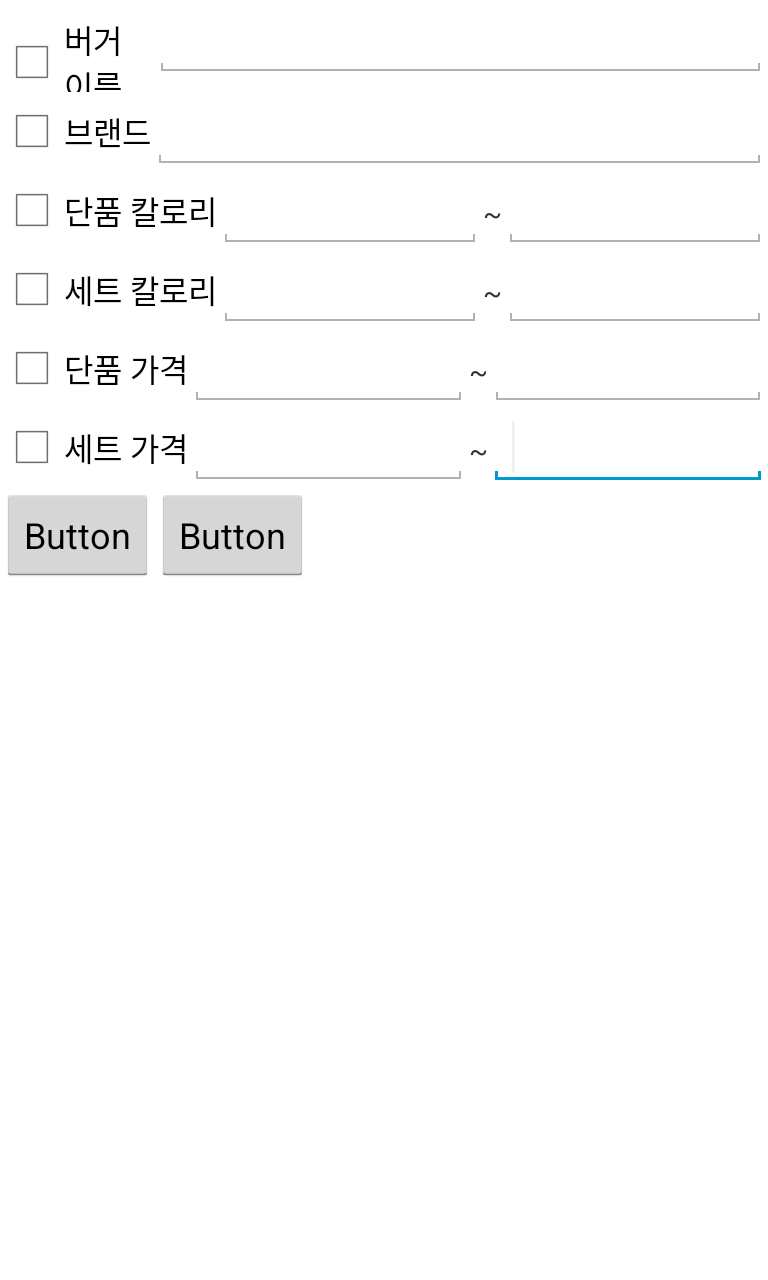
Repository: OnionLord/BurgerWIKI
Layout: burgerDicApp/BurgerDictionary/res/layout/burgersearch.xml
The author's editor kept a copy of each file at every save. The layout is drawn from the files as they stood at one save, then again after the next save.
It is drawn on a 768 x 1280 px phone screen (xhdpi) without system bars, with theme AppTheme; the app's code is not run.

Above is the layout before, as saved 2014-11-07 14:33:59.

### burgerDicApp/BurgerDictionary/res/layout/burgersearch.xml
<LinearLayout xmlns:android="http://schemas.android.com/apk/res/android"
    android:layout_width="fill_parent"
    android:layout_height="fill_parent"
    android:orientation="vertical" >

    <LinearLayout
        android:layout_width="match_parent"
        android:layout_height="wrap_content" >

        <CheckBox
            android:id="@+id/search_chk_name"
            android:layout_width="0dp"
            android:layout_weight="2"
            android:layout_height="wrap_content"
            android:text="버거 이름" />

        <EditText
            android:id="@+id/search_name"
            android:layout_width="0dp"
            android:layout_height="wrap_content"
            android:layout_weight="8"
            android:ems="10" >

            <requestFocus />
        </EditText>

    </LinearLayout>

    <LinearLayout
        android:layout_width="match_parent"
        android:layout_height="wrap_content" >

        <CheckBox
            android:id="@+id/search_chk_company"
            android:layout_width="wrap_content"
            android:layout_height="wrap_content"
            android:text="브랜드" />

        <EditText
            android:id="@+id/search_company"
            android:layout_width="wrap_content"
            android:layout_height="wrap_content"
            android:layout_weight="1"
            android:ems="10" >

            <requestFocus />
        </EditText>

    </LinearLayout>

    <LinearLayout
        android:layout_width="match_parent"
        android:layout_height="wrap_content" >

        <CheckBox
            android:id="@+id/search_chk_calone"
            android:layout_width="wrap_content"
            android:layout_height="wrap_content"
            android:text="단품 칼로리" />

        <EditText
            android:id="@+id/search_calone1"
            android:layout_width="wrap_content"
            android:layout_height="wrap_content"
            android:layout_weight="1"
            android:ems="10" >

            <requestFocus />
        </EditText>

        <TextView
            android:id="@+id/textView1"
            android:layout_width="wrap_content"
            android:layout_height="wrap_content"
            android:text="~" />

        <EditText
            android:id="@+id/search_calone2"
            android:layout_width="wrap_content"
            android:layout_height="wrap_content"
            android:layout_weight="1"
            android:ems="10" >

            <requestFocus />
        </EditText>

    </LinearLayout>

    <LinearLayout
        android:layout_width="match_parent"
        android:layout_height="wrap_content" >

        <CheckBox
            android:id="@+id/search_chk_calset"
            android:layout_width="wrap_content"
            android:layout_height="wrap_content"
            android:text="세트 칼로리" />

        <EditText
            android:id="@+id/search_calset1"
            android:layout_width="wrap_content"
            android:layout_height="wrap_content"
            android:layout_weight="1"
            android:ems="10" >

            <requestFocus />
        </EditText>

        <TextView
            android:id="@+id/textView2"
            android:layout_width="wrap_content"
            android:layout_height="wrap_content"
            android:text="~" />

        <EditText
            android:id="@+id/search_calset2"
            android:layout_width="wrap_content"
            android:layout_height="wrap_content"
            android:layout_weight="1"
            android:ems="10" >

            <requestFocus />
        </EditText>

    </LinearLayout>

    <LinearLayout
        android:layout_width="match_parent"
        android:layout_height="wrap_content" >

        <CheckBox
            android:id="@+id/search_chk_priceone"
            android:layout_width="wrap_content"
            android:layout_height="wrap_content"
            android:text="단품 가격" />

        <EditText
            android:id="@+id/search_priceone1"
            android:layout_width="wrap_content"
            android:layout_height="wrap_content"
            android:layout_weight="1"
            android:ems="10" >

            <requestFocus />
        </EditText>

        <TextView
            android:id="@+id/textView3"
            android:layout_width="wrap_content"
            android:layout_height="wrap_content"
            android:text="~" />

        <EditText
            android:id="@+id/search_priceone2"
            android:layout_width="wrap_content"
            android:layout_height="wrap_content"
            android:layout_weight="1"
            android:ems="10" >

            <requestFocus />
        </EditText>

    </LinearLayout>

    <LinearLayout
        android:layout_width="match_parent"
        android:layout_height="wrap_content" >

        <CheckBox
            android:id="@+id/search_chk_priceset"
            android:layout_width="wrap_content"
            android:layout_height="wrap_content"
            android:text="세트 가격" />

        <EditText
            android:id="@+id/search_priceset1"
            android:layout_width="wrap_content"
            android:layout_height="wrap_content"
            android:layout_weight="1"
            android:ems="10" >

            <requestFocus />
        </EditText>

        <TextView
            android:id="@+id/textView4"
            android:layout_width="wrap_content"
            android:layout_height="wrap_content"
            android:text="~" />

        <EditText
            android:id="@+id/search_priceset2"
            android:layout_width="wrap_content"
            android:layout_height="wrap_content"
            android:layout_weight="1"
            android:ems="10" >

            <requestFocus />
        </EditText>

    </LinearLayout>

    <LinearLayout
        android:layout_width="match_parent"
        android:layout_height="wrap_content" >

        <Button
            android:id="@+id/button1"
            android:layout_width="wrap_content"
            android:layout_height="wrap_content"
            android:text="Button" />

        <Button
            android:id="@+id/button2"
            android:layout_width="wrap_content"
            android:layout_height="wrap_content"
            android:text="Button" />

    </LinearLayout>

</LinearLayout>

Loaded but not shown: burgerDicApp/BurgerDictionary/res/values/styles.xml (common file); burgerDicApp/BurgerDictionary/res/values-v11/styles.xml (common file); burgerDicApp/BurgerDictionary/res/values-v14/styles.xml (common file)

After the next save:
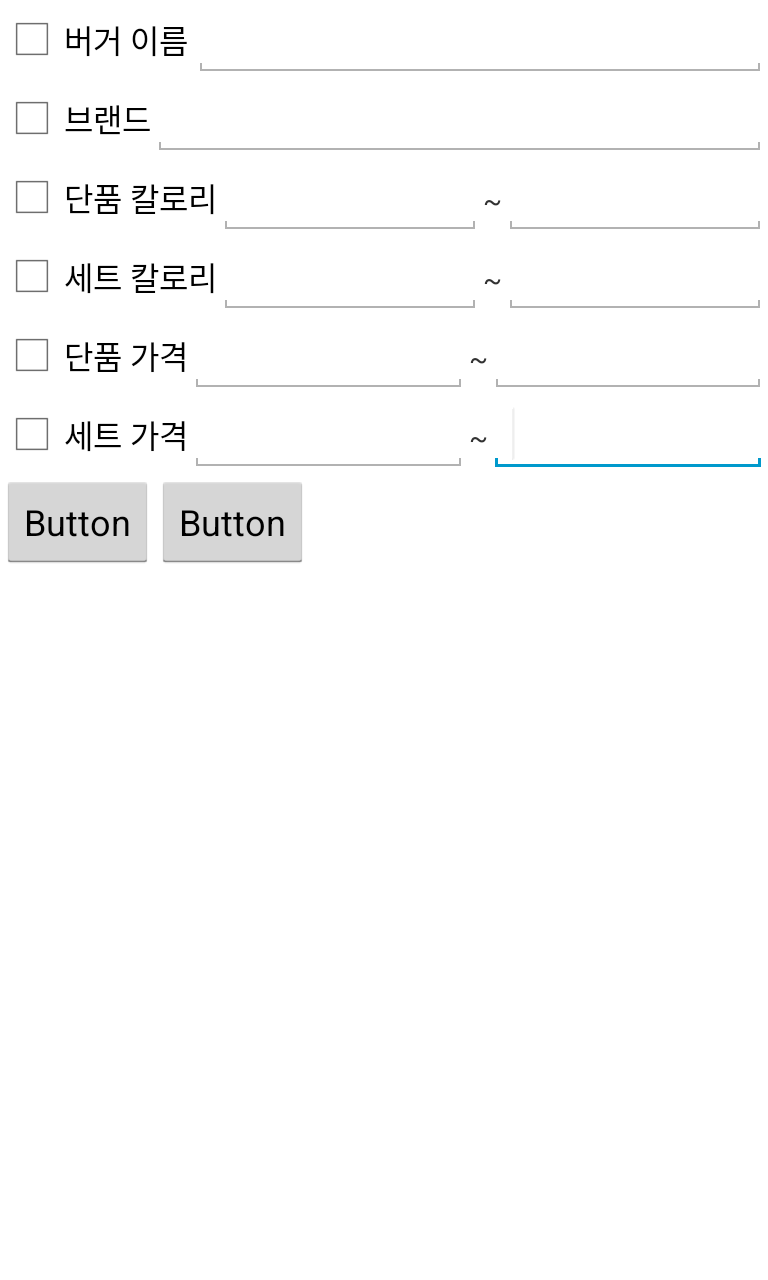
Saved 6 s later.
--- a/burgerDicApp/BurgerDictionary/res/layout/burgersearch.xml
+++ b/burgerDicApp/BurgerDictionary/res/layout/burgersearch.xml
@@ -18,7 +18,7 @@
             android:id="@+id/search_name"
             android:layout_width="0dp"
             android:layout_height="wrap_content"
-            android:layout_weight="8"
+            android:layout_weight="6"
             android:ems="10" >
 
             <requestFocus />
